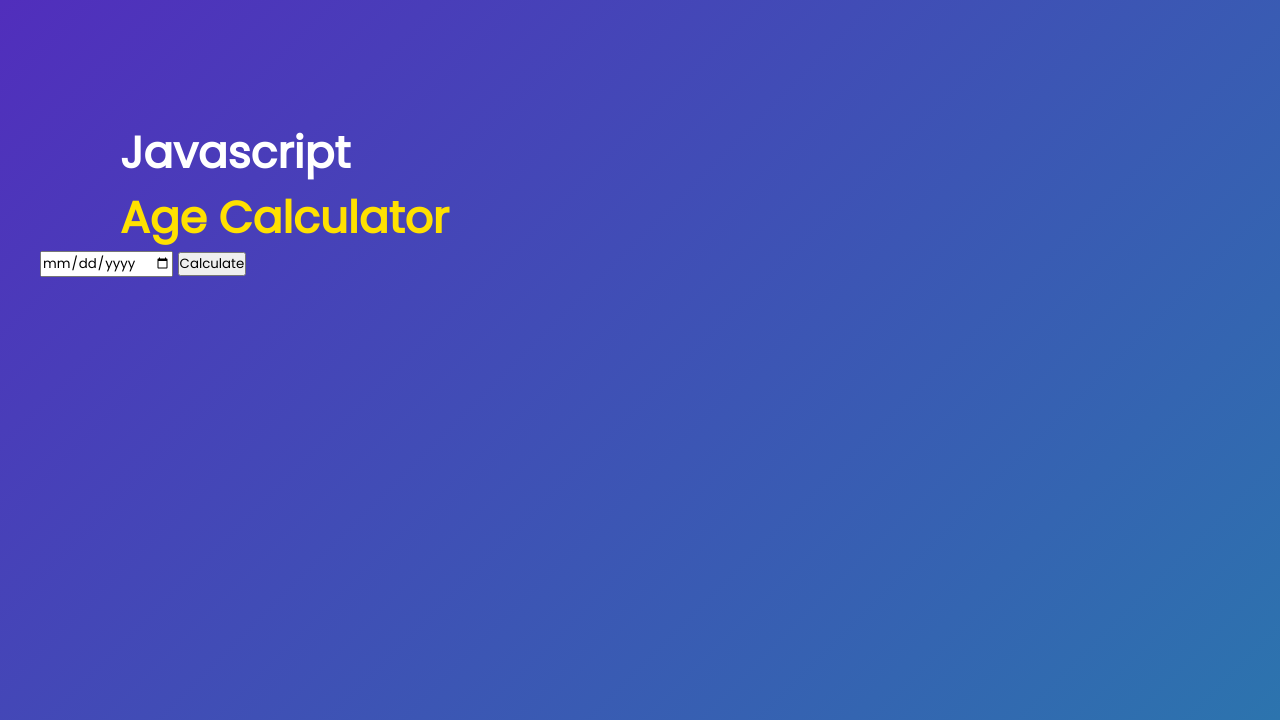
Repository: Ankitkr2021/Age-Calculator
Page: index.html
The author's editor kept a copy of each file at every save. The page is drawn from the files as they stood at one save, then again after the next save.
The browser window is 1280 px wide. The pictures show the whole page.

Above is the page before, as saved 2025-10-05 10:25:03.

### index.html
<!DOCTYPE html>
<html lang="en">
<head>
    <meta charset="UTF-8">
    <meta name="viewport" content="width=device-width, initial-scale=1.0">
    <title>Age Calculator</title>
    <link rel="stylesheet" href="./style.css">
</head>
<body>
    <div class="main">
        <h1 class="js">Javascript</h1>
        <h1 class="age">Age Calculator</h1>
        <div class="box">
            <input type="date">
             <button>Calculate</button>
        </div>
    </div>
</body>
</html>

### style.css
@import url("https://fonts.googleapis.com/css2?family=Poppins&display=swap");

*{
    margin: 0;
    padding: 0;
    box-sizing: border-box;
    font-family: "Poppins",sans-serif;
}

body{
    height: 100vh;
    width: 100%;
    background: linear-gradient(135deg, rgb(81, 46, 188), rgb(44, 116, 174));
}

.main{
    /* background: #fff; */
    width: 550px;
    padding: 40px;
}

.js{
    padding-top: 80px;
    padding-left: 80px;
    color: #fff;
    font-size: 44px;
    font-weight: 800;
}

.age{
    /* padding-top: 80px; */
    padding-left: 80px;
    color: #ffe100;
    font-size: 44px;
    font-weight: 800;
}

After the next save:
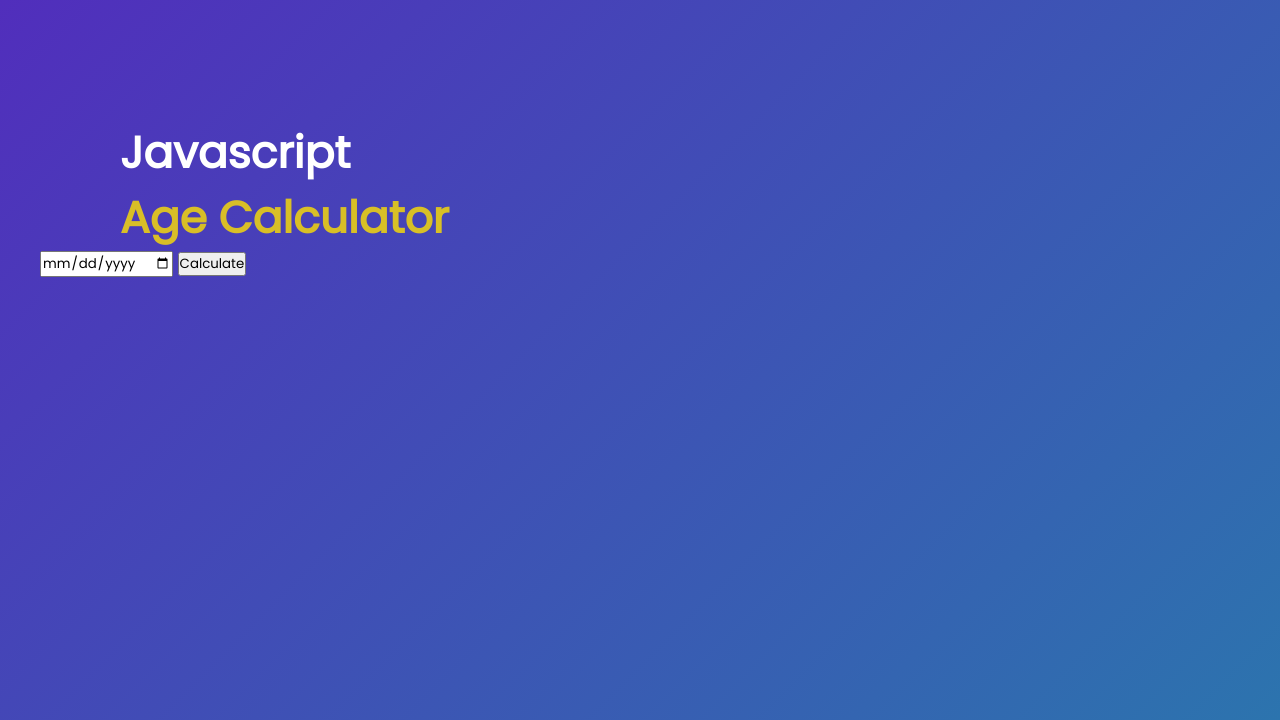
Saved 10 s later.
--- a/style.css
+++ b/style.css
@@ -30,7 +30,7 @@ body{
 .age{
     /* padding-top: 80px; */
     padding-left: 80px;
-    color: #ffe100;
+    color: #ffe100ca;
     font-size: 44px;
     font-weight: 800;
 }
